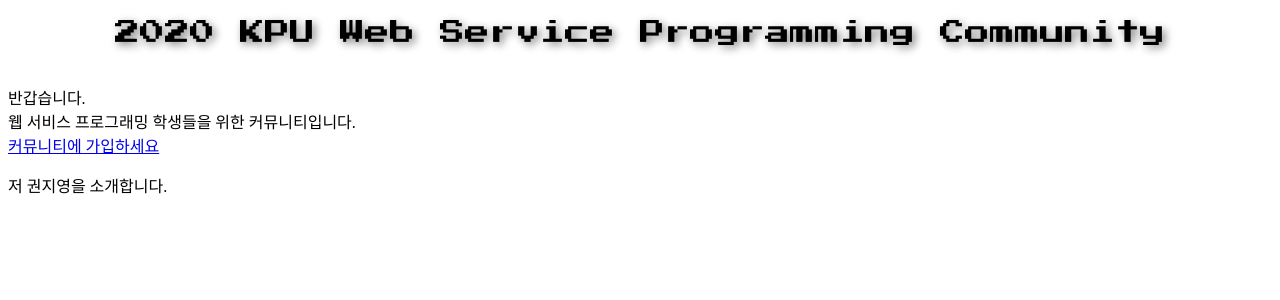
Repository: JiYoung-Kwon/WebProgramming
Page: workspace_20206R/kwonjiyoung_reg/WebContent/welcome.html
The author's editor kept a copy of each file at every save. The page is drawn from the files as they stood at one save, then again after the next save.
The browser window is 1280 px wide. The pictures show the whole page.

Above is the page before, as saved 2020-09-28 20:08:42.

After the next save:
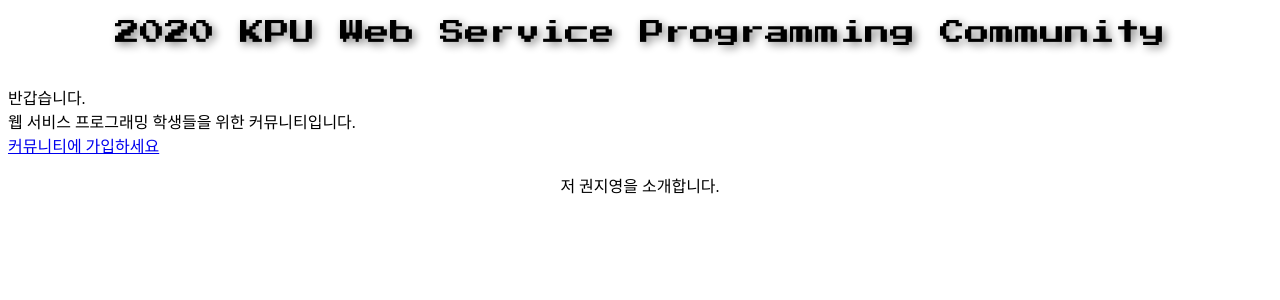
Saved 22 s later.
--- a/workspace_20206R/kwonjiyoung_reg/WebContent/resources/register.css
+++ b/workspace_20206R/kwonjiyoung_reg/WebContent/resources/register.css
@@ -15,4 +15,6 @@
 	div{
 		margin-left: auto;
 		margin-right: auto;
+		width: 70%;
+		text-align: center;
 	}
